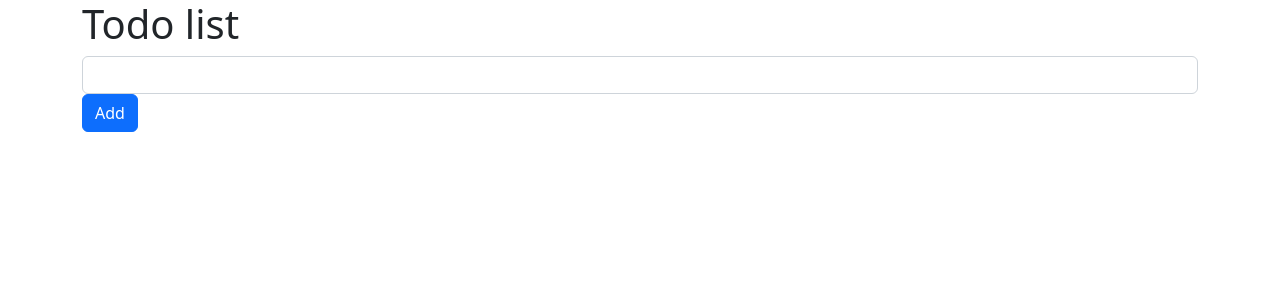
Repository: NPhanA/React2022
Page: / (app in Day 07-State and lifecycle/exercise/)
The author's editor kept a copy of each file at every save. The page is drawn from the files as they stood at one save, then again after a run of saves.
The browser window is 1280 px wide. The pictures show the whole page.
The project was rebuilt for these pictures with package versions that can differ from the ones it lists, and the page was loaded fresh each time. Also part of the build but not shown: Day 07-State and lifecycle/exercise/src/Components/AppState.js, Day 07-State and lifecycle/exercise/src/Components/FormComponents.js, Day 07-State and lifecycle/exercise/src/Components/BasicCalculator.js, Day 07-State and lifecycle/exercise/src/Components/Home.js, Day 07-State and lifecycle/exercise/src/Components/LogInForm.js.

Above is the page before, as saved 2022-08-01 17:03:53.

### Day 07-State and lifecycle/exercise/src/index.js
import React from 'react';
import ReactDOM from 'react-dom/client';
import './index.css';
import { createRoot } from 'react-dom/client';
import AppState from './Components/AppState';
import 'bootstrap/dist/css/bootstrap.min.css';
import Calculator from './Components/BasicCalculator';
import LogIn from './Components/LogInForm';
import ToDo from './Components/ToDo';
const container = document.getElementById('root');
const root = createRoot(container);
root.render(<ToDo />);

### Day 07-State and lifecycle/exercise/src/Components/ToDo.js
import { Component } from "react";
class ToDo extends Component {





    render() {
        return (
            <div className="container">
                <div className="row">
                    <div className="col-xxl-4"></div>
                    <div className="col-xxl-4">
                        <h1>
                            Todo list
                        </h1>
                        <input type="text" className="form-control "></input>
                        <button className="btn btn-primary" role="button" type="submit">Add</button>
                    </div>
                    <div className="col-xxl-4"></div>
                </div>
            </div>

        )



    }

}
export default ToDo;

Loaded but not shown: Day 07-State and lifecycle/exercise/public/index.html (common file); Day 07-State and lifecycle/exercise/src/index.css (common file)

After the next 5 saves:
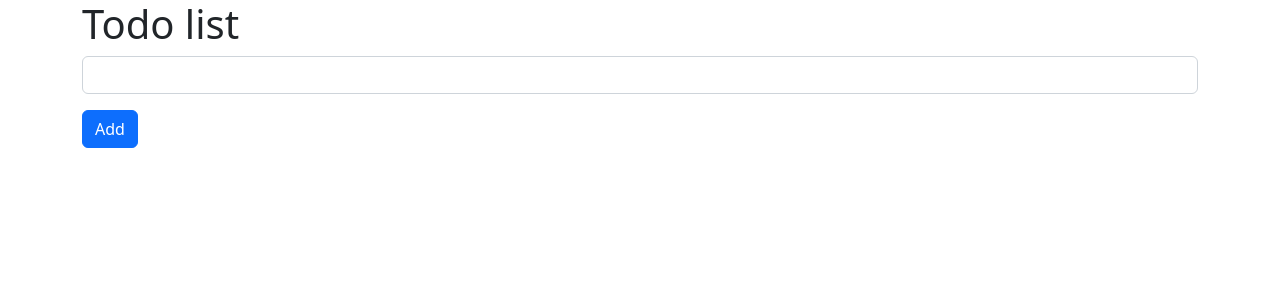
The 5 saves are shown as one change because they came seconds apart.
The last was saved 13 s later.
--- a/Day 07-State and lifecycle/exercise/src/Components/ToDo.js
+++ b/Day 07-State and lifecycle/exercise/src/Components/ToDo.js
@@ -14,7 +14,7 @@ class ToDo extends Component {
                         <h1>
                             Todo list
                         </h1>
-                        <input type="text" className="form-control "></input>
+                        <input type="text" className="form-control mb-3"></input>
                         <button className="btn btn-primary" role="button" type="submit">Add</button>
                     </div>
                     <div className="col-xxl-4"></div>
